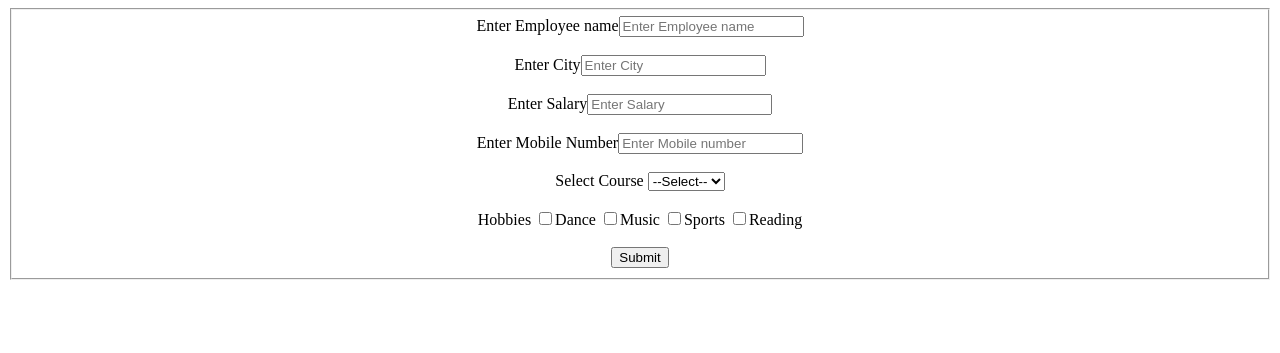
Repository: bigee1397/22-3-2024
Page: http://localhost/RDDemo/
These files come from the project's save history. The page is drawn as it stood at one moment and after the next save; the edit follows.
The browser window is 1280 px wide. The pictures show the whole page.
The page is served by Tomcat 9. Other server files are loaded and not shown.

Above is the page before, as saved 2024-03-15 04:45:11.

### jspandservlets/RDDemo/src/main/webapp/index.jsp
<%@ page language="java" contentType="text/html; charset=ISO-8859-1"
    pageEncoding="ISO-8859-1" %>
<!DOCTYPE html>
<html>
<head>
<meta charset="ISO-8859-1">
<title>Insert title here</title>
</head>
<body>
	<fieldset align="center">
		<form action="registerServlet" method="post">
			<table>
				Enter Employee name<input type="text" name="employeeName" placeholder="Enter Employee name" />
		    	<br><br>
		    	Enter City<input type="text" name="city" placeholder="Enter City" />
		    	<br><br>
		    	Enter Salary<input type="number" name="salary" placeholder="Enter Salary" />
		    	<br><br>
		    	Enter Mobile Number<input type="tel" name="mobile" placeholder="Enter Mobile number" />
		    	<br><br>
		        Select Course
		        <select name="course">
		            <option>--Select--</option>
		            <option value="Java">Java</option>
		            <option value="Spring">Spring</option>
		            <option value="Angular">Angular</option>
		            <option value="Node">Node</option>
		        </select>
		        <br><br>
		        Hobbies
		        <input type="checkbox" name="hobby" value="dance">Dance
		        <input type="checkbox" name="hobby" value="music">Music
		        <input type="checkbox" name="hobby" value="sports">Sports
		        <input type="checkbox" name="hobby" value="reading">Reading
		        <br><br>
		        <input type="submit" value="Submit">
			</table>
		</form>
	</fieldset>
</body>
</html>

After the next save:
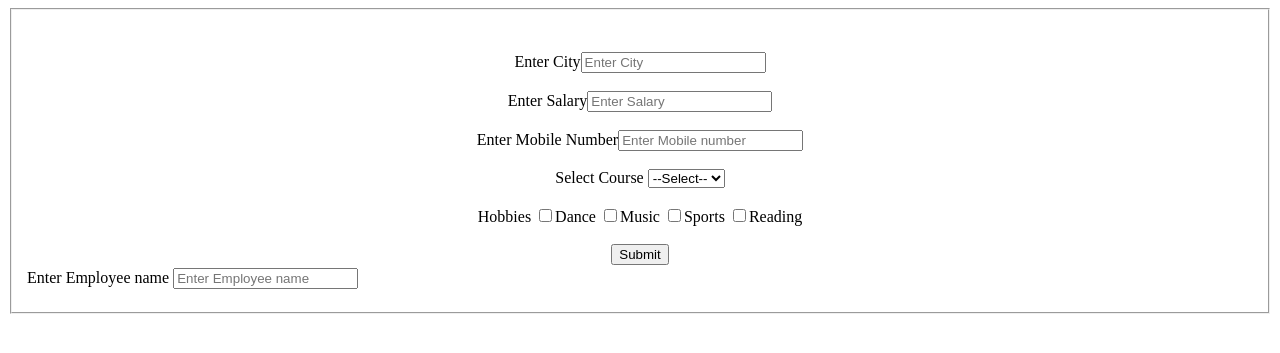
Saved 2 min 44 s later.
--- a/jspandservlets/RDDemo/src/main/webapp/index.jsp
+++ b/jspandservlets/RDDemo/src/main/webapp/index.jsp
@@ -10,7 +10,16 @@
 	<fieldset align="center">
 		<form action="registerServlet" method="post">
 			<table>
-				Enter Employee name<input type="text" name="employeeName" placeholder="Enter Employee name" />
+				<tr>
+					<td>Enter Employee name</td>
+					<td><input type="text" name="employeeName" placeholder="Enter Employee name" /> </td>
+				</tr>
+				<tr></tr>
+				<tr></tr>
+				<tr></tr>
+				<tr></tr>
+				<tr></tr>
+
 		    	<br><br>
 		    	Enter City<input type="text" name="city" placeholder="Enter City" />
 		    	<br><br>
